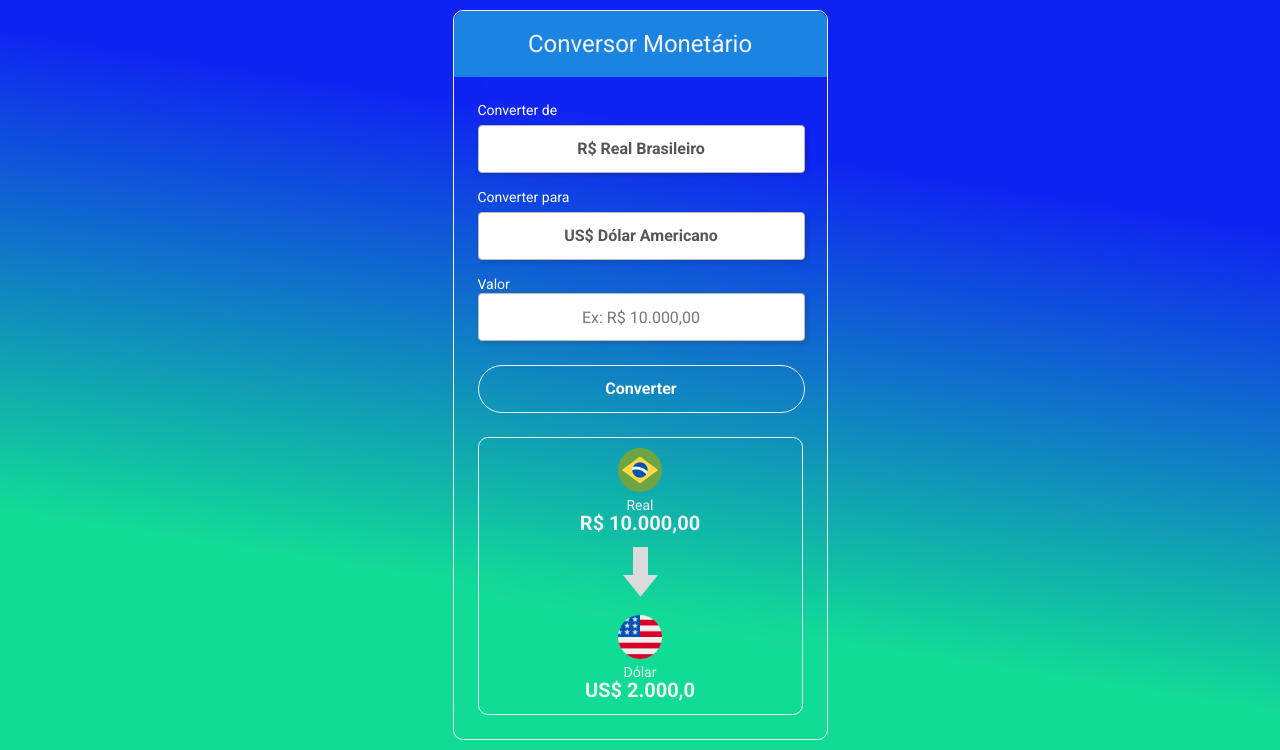
Repository: isayrous/coin-converter
Page: index.html
An editor plug-in stored every save of this project. The page is shown before and after the next save, followed by the edit.
The browser window is 1280 px wide. The pictures show the whole page.

Above is the page before, as saved 2022-11-03 00:04:24.

After the next save:
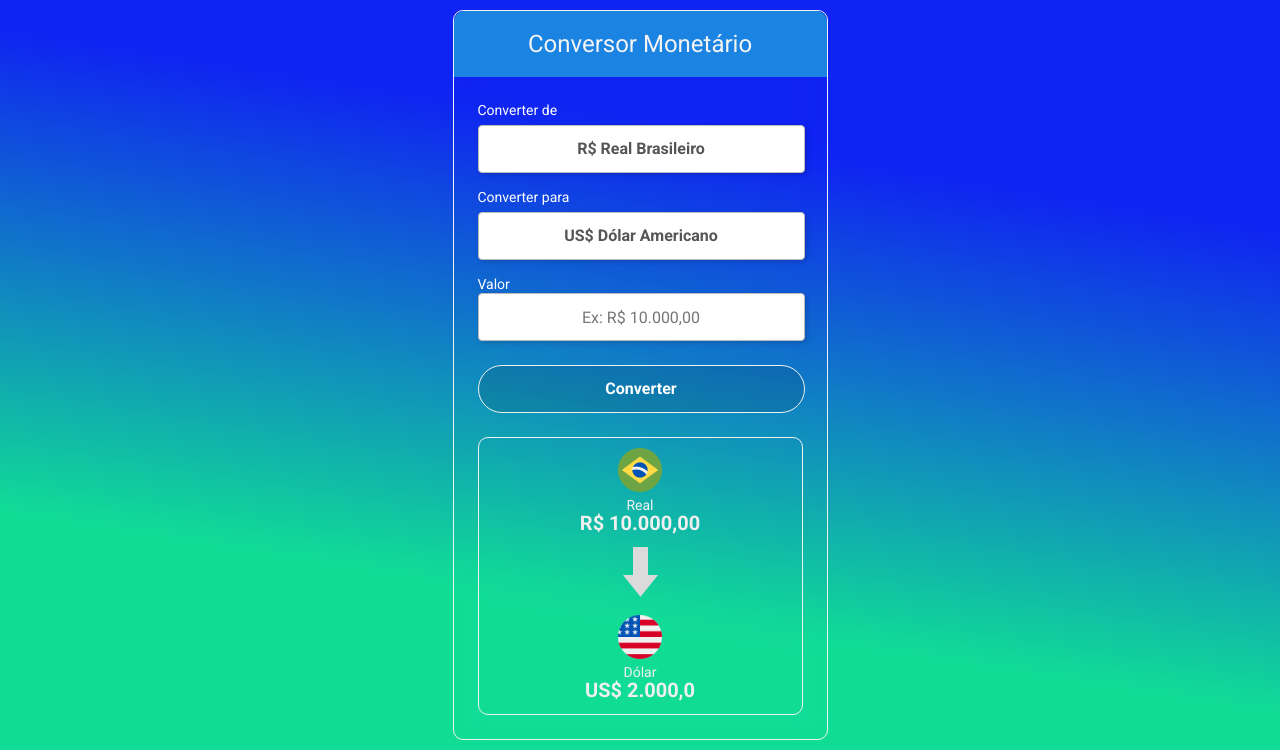
Saved 29 s later.
--- a/style.css
+++ b/style.css
@@ -91,7 +91,7 @@ input::-webkit-outer-spin-button,input::-webkit-inner-spin-button {
 }
 
 button {
-    background: transparent;
+    background: rgba(0,0,0,0.1);
     border: 1px solid #f0f0f0;
     border-radius: 25px;
     height: 48px;
